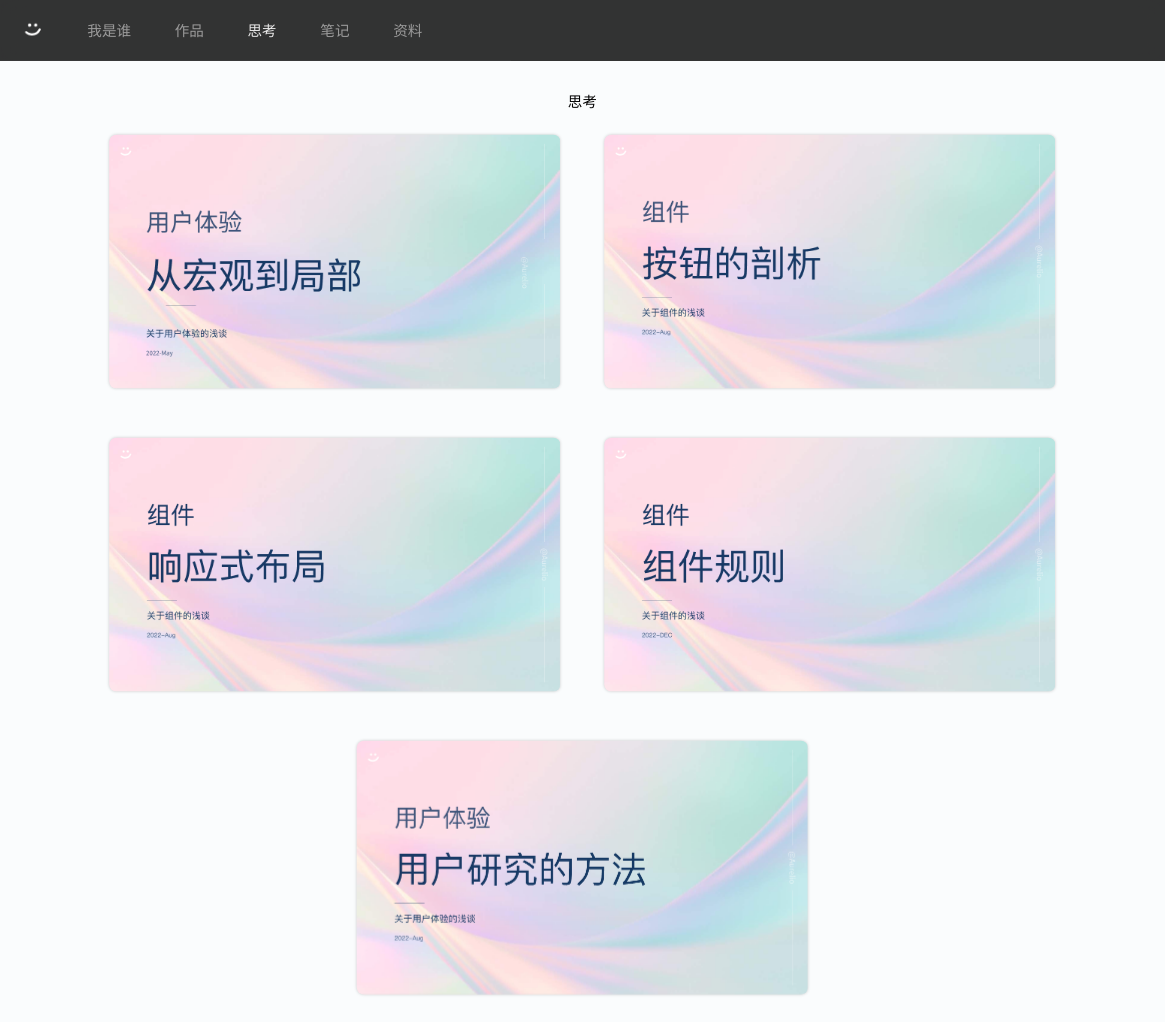
Repository: LiuZixu-aurelio/myblog-Vue
Page: /#/home/talk
The author's editor kept a copy of each file at every save. The page is drawn from the files as they stood at one save, then again after the next save.
The browser window is 1280 px wide. The pictures show the whole page, at 91% of full size.
The project was rebuilt for these pictures with package versions that can differ from the ones it lists, and the page was loaded fresh each time. Also part of the build but not shown: vue.config.js, src/components/whoCom.vue, src/components/whocubeCom.vue, src/views/who.vue, src/views/PreView.vue, src/views/project.vue, src/views/sign.vue, src/views/test.vue and 1 more.

Above is the page before, as saved 2022-12-29 16:51:49.

After the next save:
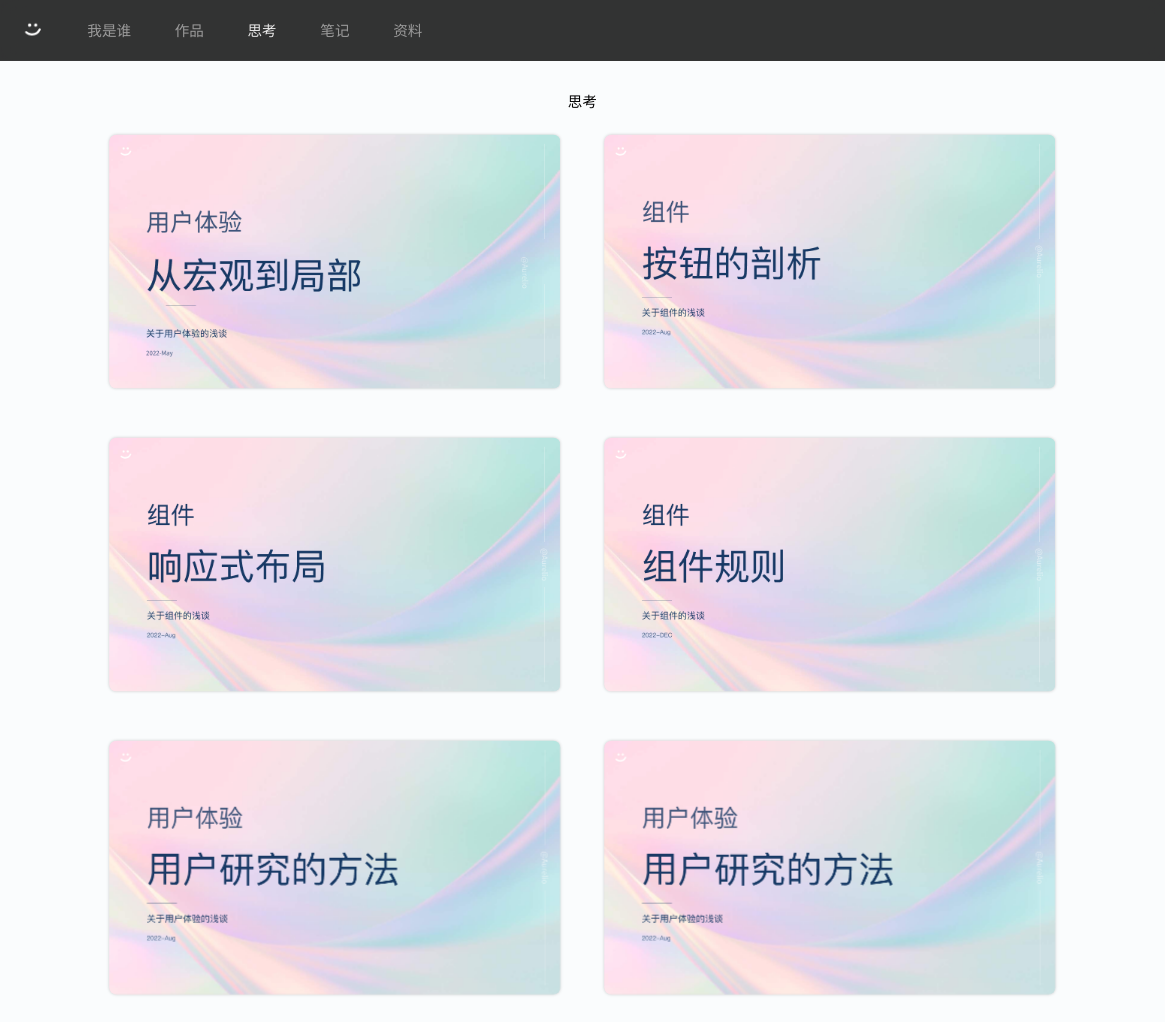
Saved 16 s later.
--- a/src/views/talk.vue
+++ b/src/views/talk.vue
@@ -7,7 +7,7 @@
             <CardCom :na='talkResponsive1' :ur='talkResponsive2' :lnk='talkResponsive4'></CardCom>
             <CardCom :na='talkrule1' :ur='talkrule2' :lnk='talkrule4'></CardCom>
             <CardCom :na='talkResearch1' :ur='talkResearch2' :lnk='talkResearch4'></CardCom>
-
+            <CardCom :na='talkResearch1' :ur='talkResearch2' :lnk='talkResearch4'></CardCom>
         </div>
     </div>
 </template>
